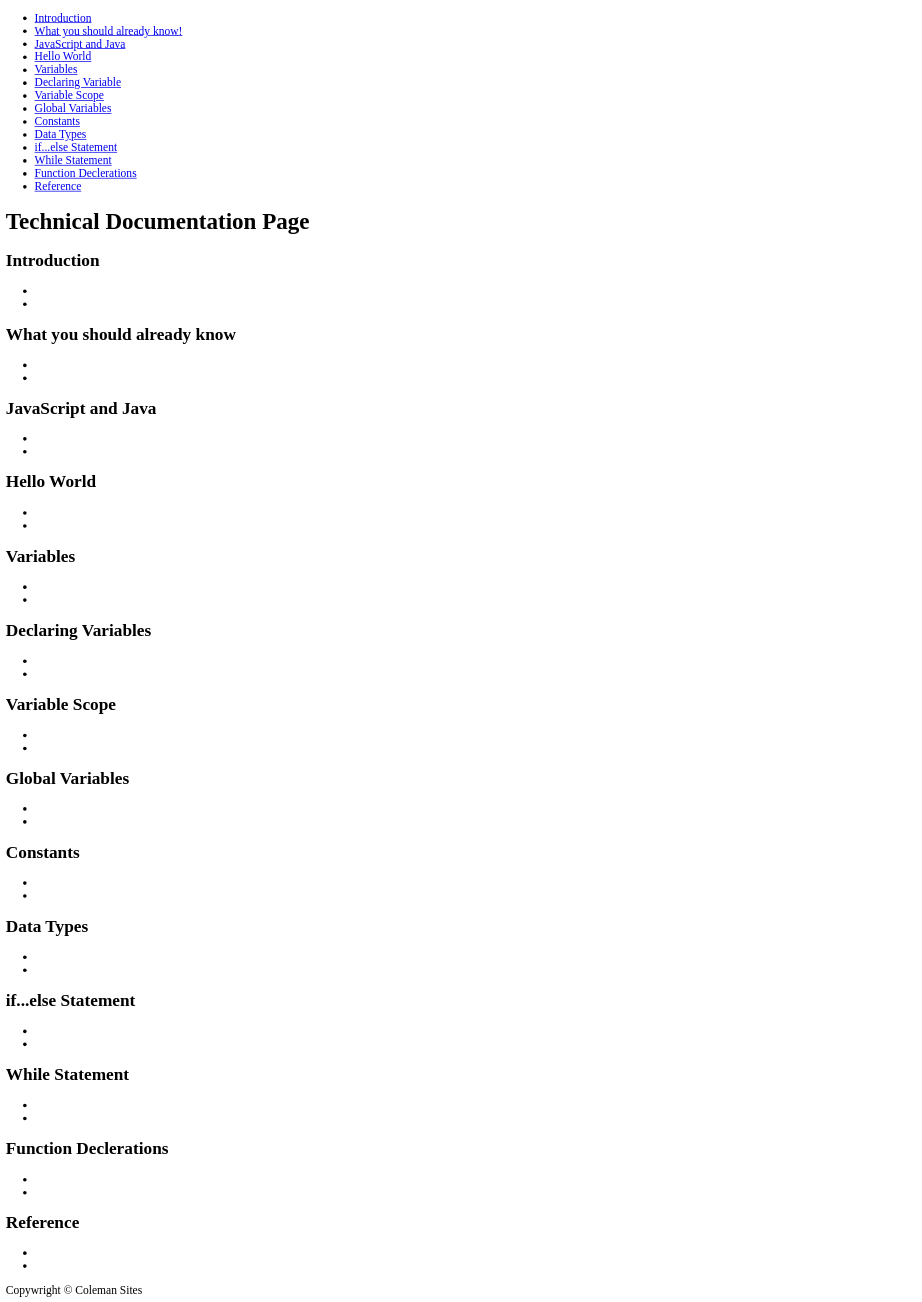
Repository: ctcoleman/technicalDocumentationPage
Page: index.html
These files come from the project's save history. The page is drawn as it stood at one moment and after a run of saves; the edit follows.
The browser window is 1280 px wide. The pictures show the whole page, at 72% of full size.

Above is the page before, as saved 2020-07-09 21:55:47.

### index.html
<!DOCTYPE html>
<html lang="en">
<head>
  <meta charset="UTF-8">
  <meta name="viewport" content="width=device-width, initial-scale=1.0">
  <title>FCC: Technical Documentation Page</title>
</head>
<body>

  <nav id="navbar">
    <ul>
      <li>
        <a href="#introduction">Introduction</a>
      <li>
        <a href="#whatYouShouldKnowAlready">What you should already know!</a>
      <li>
        <a href="#javascriptAndJava">JavaScript and Java</a>
      <li>
        <a href="#helloWorld">Hello World</a>
      <li>
        <a href="#variables">Variables</a>
      </li>
      <li>
        <a href="#declaringVariable">Declaring Variable</a>
      </li>
      <li>
        <a href="#variableScopes">Variable Scope</a>
      </li>
      <li>
        <a href="#globalVariables">Global Variables</a>
      </li>
      <li>
        <a href="#constants">Constants</a>
      </li>
      <li>
        <a href="#dataTypes">Data Types</a>
      </li>
      <li>
        <a href="#ifElseStatements">if...else Statement</a>
      </li>
      <li>
        <a href="#whileStatements">While Statement</a>
      </li>
      <li>
        <a href="#functionDeclerations">Function Declerations</a>
      </li>
      <li>
        <a href="#reference">Reference</a>
      </li>
    </ul>
  </nav>

  <header>
    <h1 id="main-heading">Technical Documentation Page</h1>
  </header>

  <main id="main-doc">


    <section class="main-section" id="Introduction">
      <h2 class="topic-header">Introduction</h2>
      <article>
        <p>
          <ul>
            <li></li>
            <li></li>
          </ul>
        </p>
        <p>

        </p>
      </article>
    </section>

    <section class="main-section" id="whatYouShouldAlreadyKnow">
      <h2 class="topic-header">What you should already know</h2>
      <article>
        <p>
          <ul>
            <li></li>
            <li></li>
          </ul>
        </p>
        <p>

        </p>
      </article>
    </section>

    <section class="main-section" id="javaScriptAndJava">
      <h2 class="topic-header">JavaScript and Java</h2>
      <article>
        <p>
          <ul>
            <li></li>
            <li></li>
          </ul>
        </p>
        <p>

        </p>
      </article>
    </section>

    <section class="main-section" id="helloWorld">
      <h2 class="topic-header">Hello World</h2>
      <article>
        <p>
          <ul>
            <li></li>
            <li></li>
          </ul>
        </p>
        <p>

        </p>
      </article>
    </section>

    <section class="main-section" id="variables">
      <h2 class="topic-header">Variables</h2>
      <article>
        <p>
          <ul>
            <li></li>
            <li></li>
          </ul>
        </p>
        <p>

        </p>
      </article>
    </section>

    <section class="main-section" id="declaringVariables">
      <h2 class="topic-header">Declaring Variables</h2>
      <article>
        <p>
          <ul>
            <li></li>
            <li></li>
          </ul>
        </p>
        <p>

        </p>
      </article>
    </section>

    <section class="main-section" id="variableScope">
      <h2 class="topic-header">Variable Scope</h2>
      <article>
        <p>
          <ul>
            <li></li>
            <li></li>
          </ul>
        </p>
        <p>

        </p>
      </article>
    </section>

    <section class="main-section" id="globalVariables">
      <h2 class="topic-header">Global Variables</h2>
      <article>
        <p>
          <ul>
            <li></li>
            <li></li>
          </ul>
        </p>
        <p>

        </p>
      </article>
    </section>

    <section class="main-section" id="constants">
      <h2 class="topic-header">Constants</h2>
      <article>
        <p>
          <ul>
            <li></li>
            <li></li>
          </ul>
        </p>
        <p>

        </p>
      </article>
    </section>

    <section class="main-section" id="dataTypes">
      <h2 class="topic-header">Data Types</h2>
      <article>
        <p>
          <ul>
            <li></li>
            <li></li>
          </ul>
        </p>
        <p>

        </p>
      </article>
    </section>

    <section class="main-section" id="ifElseStatements">
      <h2 class="topic-header">if...else Statement</h2>
      <article>
        <p>
          <ul>
            <li></li>
            <li></li>
          </ul>
        </p>
        <p>

        </p>
      </article>
    </section>

    <section class="main-section" id="whileStatements">
      <h2 class="topic-header">While Statement</h2>
      <article>
        <p>
          <ul>
            <li></li>
            <li></li>
          </ul>
        </p>
        <p>

        </p>
      </article>
    </section>

    <section class="main-section" id="functionDeclerations">
      <h2 class="topic-header">Function Declerations</h2>
      <article>
        <p>
          <ul>
            <li></li>
            <li></li>
          </ul>
        </p>
        <p>

        </p>
      </article>
    </section>

    <section class="main-section" id="reference">
      <h2 class="topic-header">Reference</h2>
      <article>
        <p>
          <ul>
            <li></li>
            <li></li>
          </ul>
        </p>
        <p>

        </p>
      </article>
    </section>

    <footer id="footer-wrapper">
      <span>Copywright &copy; Coleman Sites</span>
    </footer>
  </main>
</body>
</html>

After the next 3 saves:
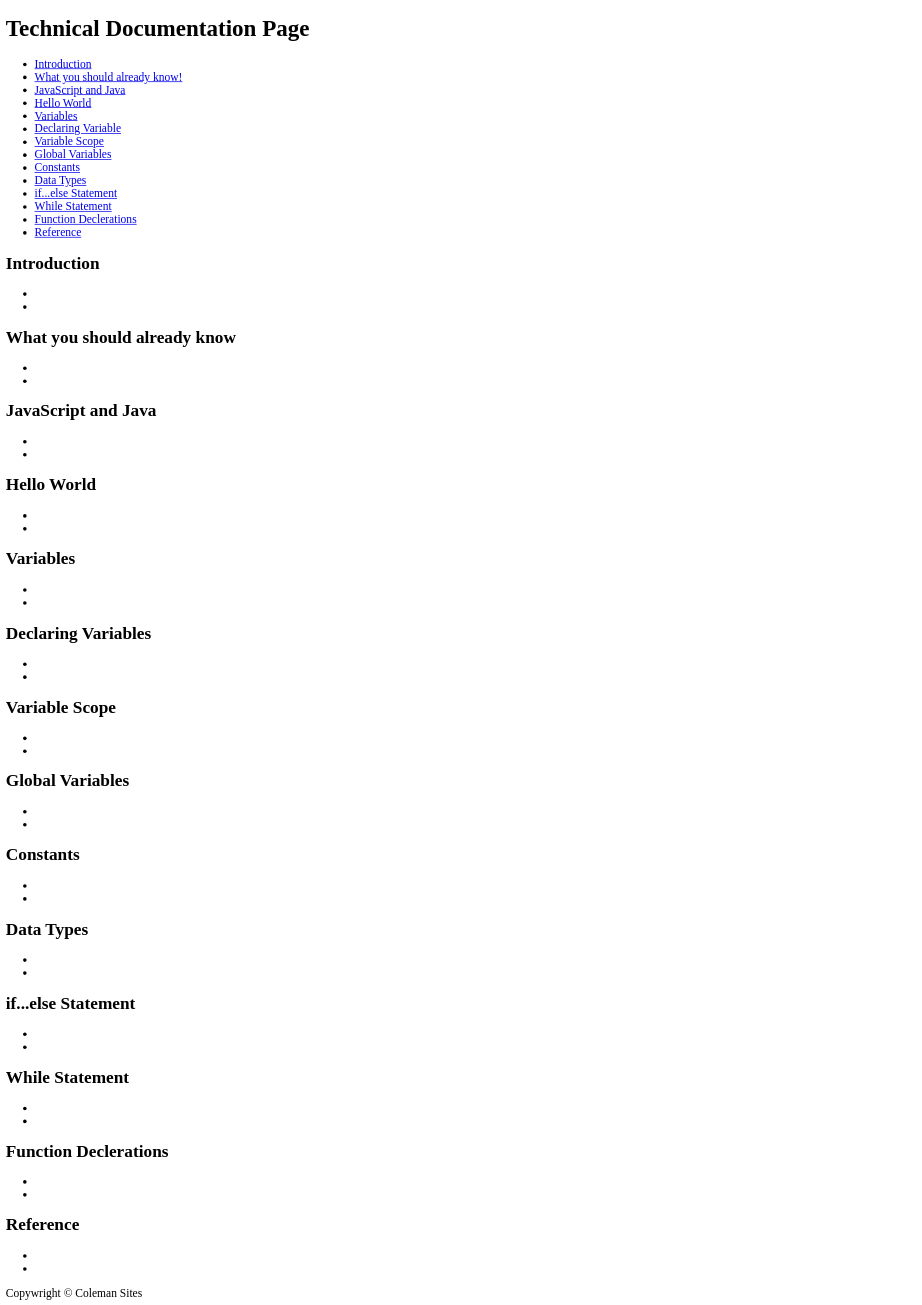
The 3 saves are shown as one change because they came seconds apart.
The last was saved 20 s later.
--- a/index.html
+++ b/index.html
@@ -7,51 +7,51 @@
 </head>
 <body>
 
-  <nav id="navbar">
-    <ul>
-      <li>
-        <a href="#introduction">Introduction</a>
-      <li>
-        <a href="#whatYouShouldKnowAlready">What you should already know!</a>
-      <li>
-        <a href="#javascriptAndJava">JavaScript and Java</a>
-      <li>
-        <a href="#helloWorld">Hello World</a>
-      <li>
-        <a href="#variables">Variables</a>
-      </li>
-      <li>
-        <a href="#declaringVariable">Declaring Variable</a>
-      </li>
-      <li>
-        <a href="#variableScopes">Variable Scope</a>
-      </li>
-      <li>
-        <a href="#globalVariables">Global Variables</a>
-      </li>
-      <li>
-        <a href="#constants">Constants</a>
-      </li>
-      <li>
-        <a href="#dataTypes">Data Types</a>
-      </li>
-      <li>
-        <a href="#ifElseStatements">if...else Statement</a>
-      </li>
-      <li>
-        <a href="#whileStatements">While Statement</a>
-      </li>
-      <li>
-        <a href="#functionDeclerations">Function Declerations</a>
-      </li>
-      <li>
-        <a href="#reference">Reference</a>
-      </li>
-    </ul>
-  </nav>
 
   <header>
     <h1 id="main-heading">Technical Documentation Page</h1>
+      <nav id="navbar">
+        <ul>
+          <li>
+            <a href="#introduction">Introduction</a>
+          <li>
+            <a href="#whatYouShouldKnowAlready">What you should already know!</a>
+          <li>
+            <a href="#javascriptAndJava">JavaScript and Java</a>
+          <li>
+            <a href="#helloWorld">Hello World</a>
+          <li>
+            <a href="#variables">Variables</a>
+          </li>
+          <li>
+            <a href="#declaringVariable">Declaring Variable</a>
+          </li>
+          <li>
+            <a href="#variableScopes">Variable Scope</a>
+          </li>
+          <li>
+            <a href="#globalVariables">Global Variables</a>
+          </li>
+          <li>
+            <a href="#constants">Constants</a>
+          </li>
+          <li>
+            <a href="#dataTypes">Data Types</a>
+          </li>
+          <li>
+            <a href="#ifElseStatements">if...else Statement</a>
+          </li>
+          <li>
+            <a href="#whileStatements">While Statement</a>
+          </li>
+          <li>
+            <a href="#functionDeclerations">Function Declerations</a>
+          </li>
+          <li>
+            <a href="#reference">Reference</a>
+          </li>
+        </ul>
+      </nav>
   </header>
 
   <main id="main-doc">
